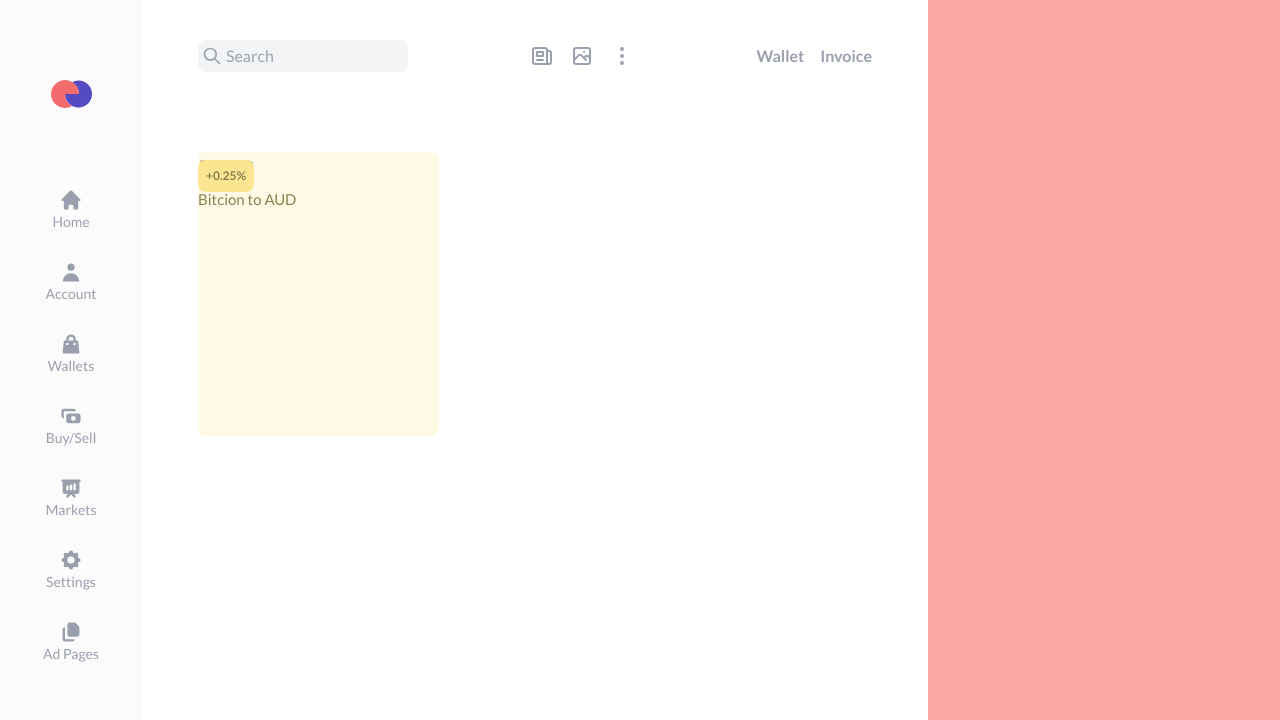
Repository: almaqdad55/crypto-app-nextjs
Page: /
These files come from the project's save history. The page is drawn as it stood at one moment and after the next save; the edit follows.
The browser window is 1280 px wide. The pictures show the whole page.
The project was rebuilt for these pictures with package versions that can differ from the ones it lists, and the page was loaded fresh each time. The framework's server and built-in components were replaced by stand-ins that run in the browser.

Above is the page before, as saved 2022-01-04 20:42:42.

After the next save:
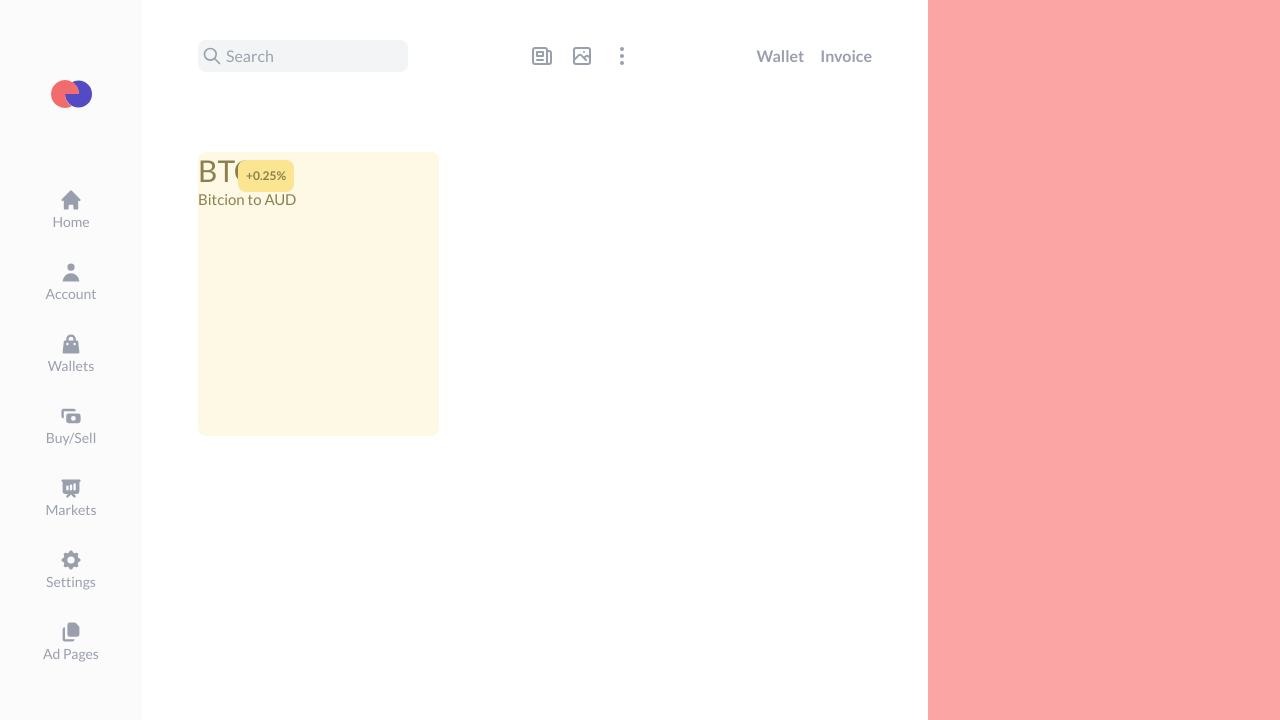
Saved 12 s later.
--- a/components/Card.jsx
+++ b/components/Card.jsx
@@ -1,7 +1,7 @@
 const Card = () => {
   return (
     <div className="w-[241px] h-[284px] bg-[#FDF9E5] rounded-lg relative text-[#8B7F50]">
-      <div className="absolute bg-[#FBE591] text-[#8B7F50] text-xs rounded-lg p-2 font-bold top-2">
+      <div className="absolute bg-[#FBE591] text-[#8B7F50] text-xs rounded-lg p-2 font-bold top-2 left-10">
         +0.25%
       </div>
       <h1 className="text-3xl ">BTC</h1>
